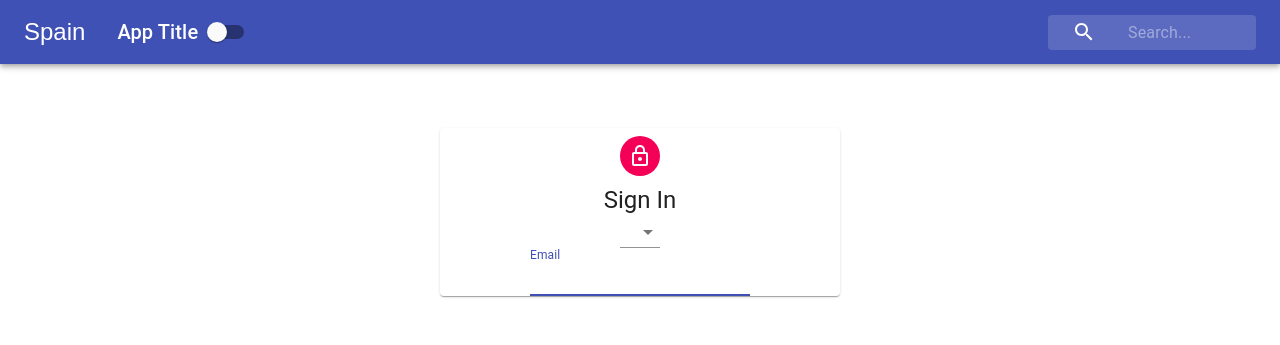
Repository: zhapar/context
Page: /
These files come from the project's save history. The page is drawn as it stood at one moment and after the next save; the edit follows.
The browser window is 1280 px wide. The pictures show the whole page.
The project was rebuilt for these pictures with package versions that can differ from the ones it lists, and the page was loaded fresh each time.

Above is the page before, as saved 2020-09-29 08:24:45.

### src/App.js
import React from "react";
import Navbar from "./Navbar";
import Form from "./Form";

function App() {
  return (
    <>
      <Navbar />
      <Form />
    </>
  );
}

export default App;

### src/Navbar.js
import React, { Component } from "react";
import AppBar from "@material-ui/core/AppBar";
import Toolbar from "@material-ui/core/Toolbar";
import IconButton from "@material-ui/core/IconButton";
import Typography from "@material-ui/core/Typography";
import InputBase from "@material-ui/core/InputBase";
import SearchIcon from "@material-ui/icons/Search";
import Switch from "@material-ui/core/Switch";
import { withStyles } from "@material-ui/core/styles";
import styles from "./styles/NavBarStyles";

class Navbar extends Component {
  render() {
    const { classes } = this.props;
    return (
      <div className={classes.root}>
        <AppBar position="static" color="primary">
          <Toolbar>
            <IconButton className={classes.menuButton} color="inherit">
              <span>Spain</span>
            </IconButton>
            <Typography className={classes.title} variant="h6" color="inherit">
              App Title
            </Typography>
            <Switch />
            <div className={classes.grow}></div>
            <div className={classes.search}>
              <div className={classes.searchIcon}>
                <SearchIcon />
              </div>
              <InputBase
                placeholder="Search..."
                classes={{
                  root: classes.inputRoot,
                  input: classes.inputInput,
                }}
              />
            </div>
          </Toolbar>
        </AppBar>
      </div>
    );
  }
}

export default withStyles(styles)(Navbar);

### src/Form.js
import React, { Component } from "react";
import Avatar from "@material-ui/core/Avatar";
import Button from "@material-ui/core/Button";
import CssBaseline from "@material-ui/core/CssBaseline";
import FormControl from "@material-ui/core/FormControl";
import FormControlLabel from "@material-ui/core/FormControlLabel";
import Checkbox from "@material-ui/core/Checkbox";
import Input from "@material-ui/core/Input";
import InputLabel from "@material-ui/core/InputLabel";
import LockOutlinedIcon from "@material-ui/icons/LockOutlined";
import Paper from "@material-ui/core/Paper";
import Typography from "@material-ui/core/Typography";
import MenuItem from "@material-ui/core/MenuItem";
import Select from "@material-ui/core/Select";
import withStyles from "@material-ui/core/styles/withStyles";
import styles from "./styles/FormStyles";

class Form extends Component {
  render() {
    const { classes } = this.props;
    return (
      <main className={classes.main}>
        <Paper className={classes.paper}>
          <Avatar className={classes.avatar}>
            <LockOutlinedIcon />
          </Avatar>
          <Typography variant="h5">Sign In</Typography>
          <Select>
            <MenuItem>English</MenuItem>
            <MenuItem>French</MenuItem>
            <MenuItem>Spanish</MenuItem>
          </Select>
          <form className={classes.form}>
            <FormControl>
              <InputLabel htmlFor="email">Email</InputLabel>
              <Input id="email" name="email" autoFocus />
            </FormControl>
          </form>
        </Paper>
      </main>
    );
  }
}

export default withStyles(styles)(Form);

### src/styles/NavBarStyles.js
import { fade } from "@material-ui/core/styles/colorManipulator";

const styles = (theme) => ({
  root: {
    width: "100%",
    marginBottom: 0,
  },
  grow: {
    flexGrow: 1,
  },
  menuButton: {
    marginLeft: "-12px",
    marginRight: "20px",
  },
  title: {
    display: "none",
    [theme.breakpoints.up("sm")]: {
      display: "block",
    },
  },
  search: {
    position: "relative",
    borderRadius: theme.shape.borderRadius,
    backgroundColor: fade(theme.palette.common.white, 0.15),
    "&:hover": {
      backgroundColor: fade(theme.palette.common.white, 0.25),
    },
    marginLeft: 0,
    width: "100%",
    [theme.breakpoints.up("sm")]: {
      marginLeft: theme.spacing.unit,
      width: "auto",
    },
  },
  searchIcon: {
    width: theme.spacing.unit * 9,
    height: "100%",
    position: "absolute",
    display: "flex",
    alignItems: "center",
    justifyContent: "center",
  },
  inputRoot: {
    color: "inherit",
    width: "100%",
  },
  inputInput: {
    paddingTop: theme.spacing.unit,
    paddingRight: theme.spacing.unit,
    paddingBottom: theme.spacing.unit,
    paddingLeft: theme.spacing.unit * 10,
    transition: theme.transitions.create("width"),
    width: "100%",
    [theme.breakpoints.up("sm")]: {
      width: "120px",
      "&:focus": {
        width: "200px",
      },
    },
  },
});

export default styles;

### src/styles/FormStyles.js
const styles = (theme) => ({
  main: {
    width: "auto",
    display: "block",
    marginLeft: theme.spacing.unit * 3,
    marginRight: theme.spacing.unit * 3,
    [theme.breakpoints.up("md")]: {
      width: 400,
      marginLeft: "auto",
      marginRight: "auto",
    },
  },
  paper: {
    marginTop: theme.spacing.unit * 8,
    display: "flex",
    flexDirection: "column",
    alignItems: "center",
  },
  avatar: {
    margin: theme.spacing.unit,
    backgroundColor: theme.palette.secondary.main,
  },
});

export default styles;

Loaded but not shown: public/index.html (common file); src/index.js (common file); src/index.css (common file); src/serviceWorker.js (common file)

After the next save:
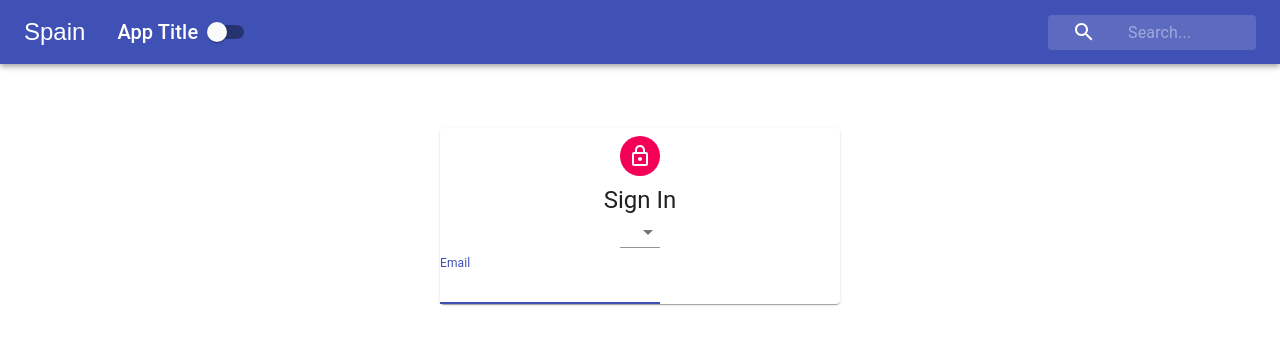
Saved 64 s later.
--- a/src/styles/FormStyles.js
+++ b/src/styles/FormStyles.js
@@ -20,6 +20,10 @@ const styles = (theme) => ({
     margin: theme.spacing.unit,
     backgroundColor: theme.palette.secondary.main,
   },
+  form: {
+    width: "100%",
+    marginTop: theme.spacing.unit,
+  },
 });
 
 export default styles;
